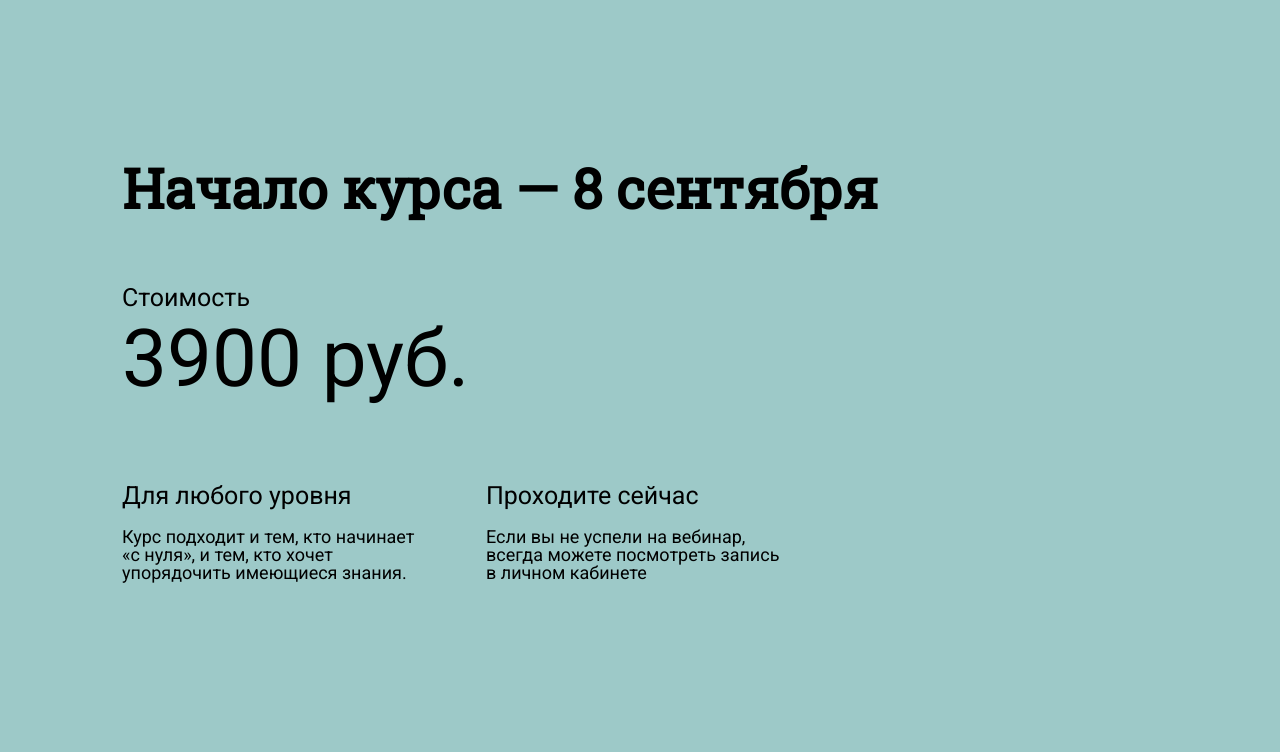
Repository: NatiqSamiyev/fiqma-task3
Page: index.html
An editor plug-in stored every save of this project. The page is shown before and after a run of saves, followed by the edit.
The browser window is 1280 px wide. The pictures show the whole page.

Above is the page before, as saved 2023-08-09 13:30:13.

### index.html
<!DOCTYPE html>
<html lang="en">
  <head>
    <meta charset="UTF-8" />
    <meta name="viewport" content="width=device-width, initial-scale=1.0" />
    <link rel="stylesheet" href="index.css" />
    <title>Document</title>
  </head>
  <body>
    <div class="container">
      <h1>Начало курса — 8 сентября</h1>
      <h2>Стоимость</h2>
      <h3>3900 руб.</h3>
      <ul>
        <li>
          <h4>Для любого уровня</h4>
          <p>
            Курс подходит и тем, кто начинает «с нуля», и тем, кто хочет
            упорядочить имеющиеся знания.
          </p>
        </li>

        <li class="list-2">
          <h4>Проходите сейчас</h4>
          <p>
            Если вы не успели на вебинар, всегда можете посмотреть запись в
            личном кабинете
          </p>
        </li>
      </ul>

    </div>
  </body>
</html>

### index.css
@import url("https://fonts.googleapis.com/css2?family=Roboto+Slab&family=Roboto:wght@400;700&display=swap");
* {
  margin: 0;
  padding: 0;
  box-sizing: border-box;
}

.container {
  width: 100%;
  min-height: 100vh;
  padding: 160px 0 170px 122px;
  background: #9dc9c8;
}

.container h1 {
  margin-bottom: 69px;
  color: #000;
  font-family: Roboto Slab;
  font-size: 55px;
  font-style: normal;
  font-weight: 700;
  line-height: 101.385%;
}

.container h2 {
  margin-bottom: 9px;
  color: #000;
  font-family: Roboto;
  font-size: 25px;
  font-style: normal;
  font-weight: 400;
  line-height: 101.385%;
}

.container h3 {
  color: #000;
  font-family: Roboto;
  font-size: 80px;
  font-style: normal;
  font-weight: 400;
  line-height: 101.385%;
}

.container ul {
  margin-top: 83px;
  display: flex;
}

.container ul li {
  list-style-type: none;
  margin-right: 70px;
  width: 294px;
}

.container h4 {
  margin-bottom: 20px;
  color: #000;
  font-family: Roboto;
  font-size: 25px;
  font-style: normal;
  font-weight: 400;
  line-height: 101.385%;
}

.container p {
  color: #000;
  font-family: Roboto;
  font-size: 18px;
  font-style: normal;
  font-weight: 400;
  line-height: 101.385%;
}
li:

After the next 5 saves:
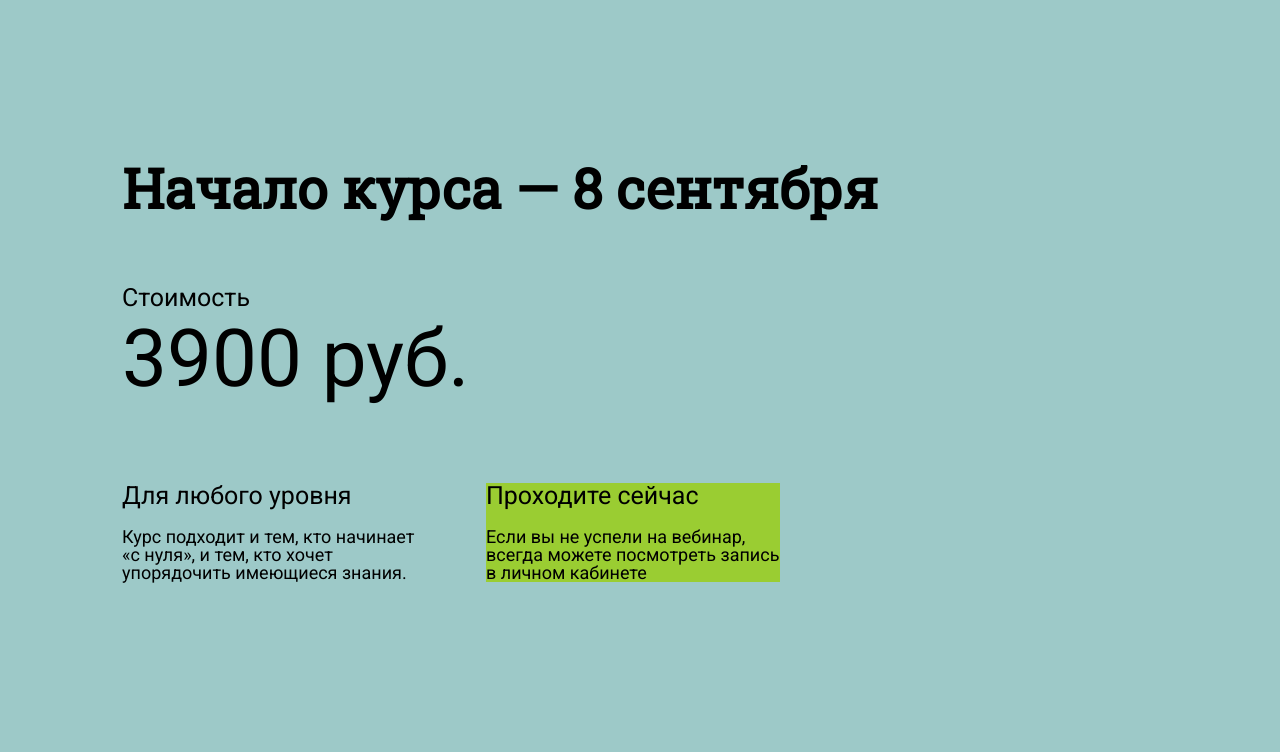
The 5 saves are shown as one change because they came seconds apart.
The last was saved 14 s later.
--- a/index.css
+++ b/index.css
@@ -70,4 +70,6 @@
   font-weight: 400;
   line-height: 101.385%;
 }
-li:
+li:last-child{
+  background-color: yellowgreen;
+}
